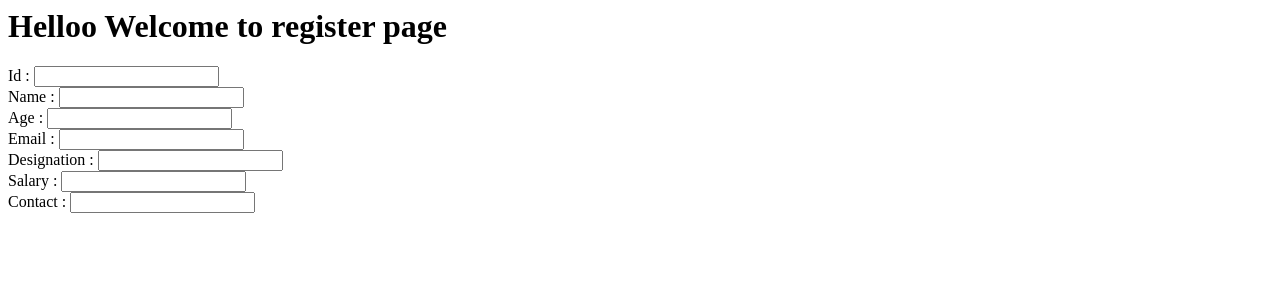
Repository: Jaydip-03/spring-datajpa
Page: http://localhost/EmployeeCrud/WEB-INF/views/register.jsp
An editor plug-in stored every save of this project. The page is shown before and after the next save, followed by the edit.
The browser window is 1280 px wide. The pictures show the whole page.
The page is served by Tomcat 10. Nobody is signed in. The template is opened directly, without the code that normally fills it, so the values that code supplies are empty.

Above is the page before, as saved 2026-09-09 09:01:14.

After the next save:
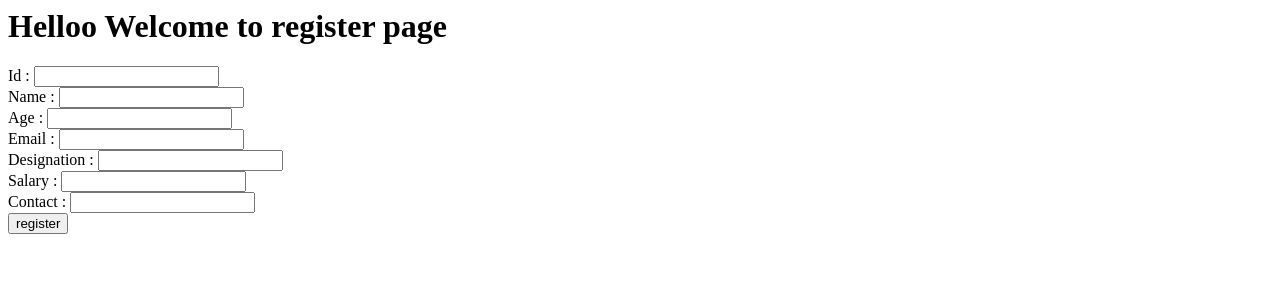
Saved 78 s later.
--- a/EmployeeCrud/src/main/webapp/WEB-INF/views/register.jsp
+++ b/EmployeeCrud/src/main/webapp/WEB-INF/views/register.jsp
@@ -8,6 +8,8 @@
 	Email : <input type="text" name="email" > <br>
 	Designation : <input type="text" name="designation" > <br>
 	Salary : <input type="number" name="salary" > <br>
-	Contact : <input type="number" name="contact" >
+	Contact : <input type="number" name="contact" > <br>
+
+	<input type="submit" value="register" >
 
 </form>
